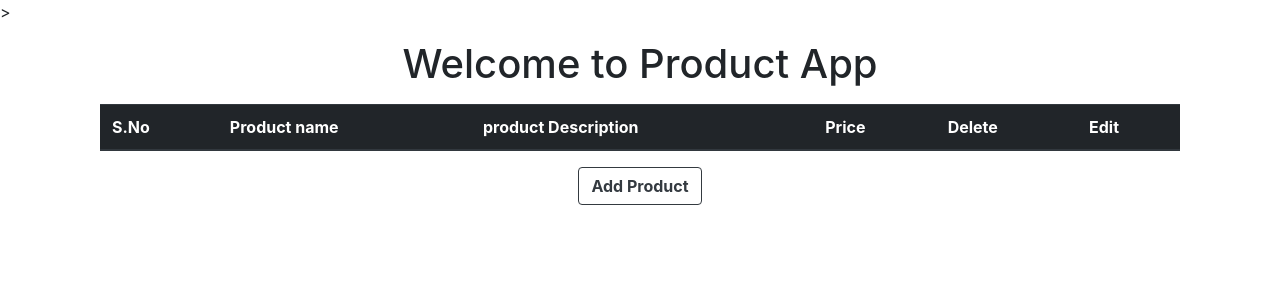
Repository: bhargav-13/Spring
Page: http://localhost/CRUD/WEB-INF/views/index.jsp
These files come from the project's save history. The page is drawn as it stood at one moment and after the next save; the edit follows.
The browser window is 1280 px wide. The pictures show the whole page.
Some web libraries are served in a nearby version. The page is served by Tomcat 9. Nobody is signed in. Other server files are loaded and not shown. The template is opened directly, without the code that normally fills it, so the values that code supplies are empty.

Above is the page before, as saved 2023-06-09 05:19:30.

### CRUD/src/main/webapp/WEB-INF/views/index.jsp
<html>
<head>
<%@include file="./base.jsp"%>
<%@taglib prefix="c" uri="http://java.sun.com/jsp/jstl/core"%>


<link href="${pageContext.request.contextPath }/style.css">

</head>



<body>

	<div class="container mt-3">
		<div clss="row">
			<div class="col-md-12">
				<h1 id="abc" class="text-center mb-3">Welcome to Product App</h1>

				<table class="table table-striped table-dark">
					<thead>
						<tr>
							<th scope="col">S.No</th>
							<th scope="col">Product name</th>
							<th scope="col">product Description</th>
							<th scope="col">Price</th>
							<th scope="col">Delete</th>
							<th scope="col">Edit</th>
						</tr>
					</thead>
					<tbody>

						<c:forEach items="${products }" var="p">
						<tr>
							<th scope="row">${p.id }</th>
							<td>${p.name }</td>
							<td>${p.description }</td>
							<td class="font-weight-bold"> &#x20B9; ${p.price }</td>
							<td> <a href="delete/${p.id }"><i class="fa-solid fa-trash text-danger" style="font-size: 20px;"></i></a> </td>
							<td> <a href="update/${p.id }"><i class="fas fa-pen-nib text-primary" style="font-size: 20px;"></i></a> </td>
						</tr>
						</c:forEach>
					</tbody>
				</table>

	<div class="container text-center">
		<a href="add_product" class="btn btn-outline-dark"><b>Add Product</b></a>
	</div>

			</div>

		</div>

	</div>

</body>
</html>

### CRUD/src/main/webapp/WEB-INF/views/base.jsp
<%@ page language="java" contentType="text/html; charset=ISO-8859-1"
	pageEncoding="ISO-8859-1"%>
<meta name="viewport"
	content="width=device-width, initial-scale=1, shrink-to-fit=no">
<%@page isELIgnored="false"%>
<%@taglib prefix="c" uri="http://java.sun.com/jsp/jstl/core"%>

<link rel="stylesheet"
	href="https://cdn.jsdelivr.net/npm/bootstrap@4.0.0/dist/css/bootstrap.min.css"
	integrity="sha384-Gn5384xqQ1aoWXA+058RXPxPg6fy4IWvTNh0E263XmFcJlSAwiGgFAW/dAiS6JXm"
	crossorigin="anonymous">

<link rel="stylesheet"
	href="https://cdnjs.cloudflare.com/ajax/libs/font-awesome/6.4.0/css/all.min.css"
	integrity="sha512-iecdLmaskl7CVkqkXNQ/ZH/XLlvWZOJyj7Yy7tcenmpD1ypASozpmT/E0iPtmFIB46ZmdtAc9eNBvH0H/ZpiBw=="
	crossorigin="anonymous" referrerpolicy="no-referrer" />

<script src="https://code.jquery.com/jquery-3.2.1.slim.min.js"
	integrity="sha384-KJ3o2DKtIkvYIK3UENzmM7KCkRr/rE9/Qpg6aAZGJwFDMVNA/GpGFF93hXpG5KkN"
	crossorigin="anonymous"></script>
<script
	src="https://cdn.jsdelivr.net/npm/popper.js@1.12.9/dist/umd/popper.min.js"
	integrity="sha384-ApNbgh9B+Y1QKtv3Rn7W3mgPxhU9K/ScQsAP7hUibX39j7fakFPskvXusvfa0b4Q"
	crossorigin="anonymous"></script>
<script
	src="https://cdn.jsdelivr.net/npm/bootstrap@4.0.0/dist/js/bootstrap.min.js"
	integrity="sha384-JZR6Spejh4U02d8jOt6vLEHfe/JQGiRRSQQxSfFWpi1MquVdAyjUar5+76PVCmYl"
	crossorigin="anonymous"></script>

<title><c:out value="${title }">Product CRUD app</c:out></title>
>

After the next save:
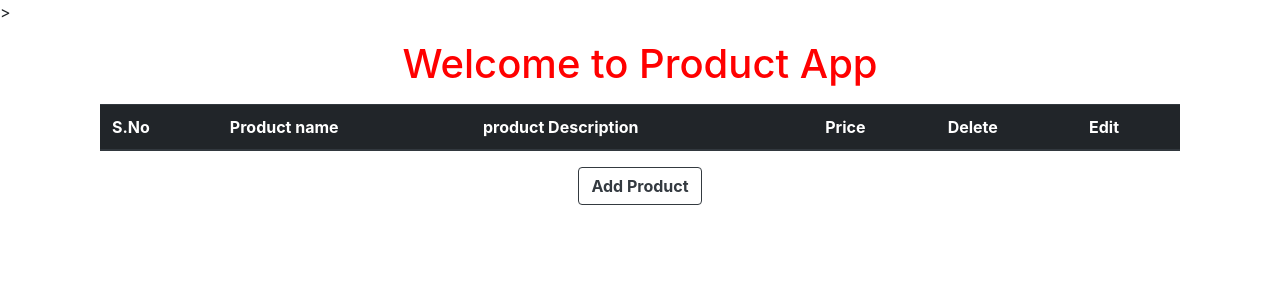
Saved 61 s later.
--- a/CRUD/src/main/webapp/WEB-INF/views/index.jsp
+++ b/CRUD/src/main/webapp/WEB-INF/views/index.jsp
@@ -4,7 +4,11 @@
 <%@taglib prefix="c" uri="http://java.sun.com/jsp/jstl/core"%>
 
 
-<link href="${pageContext.request.contextPath }/style.css">
+<style type="text/css">
+#abc{
+	color: red;
+}
+</style>
 
 </head>
 
